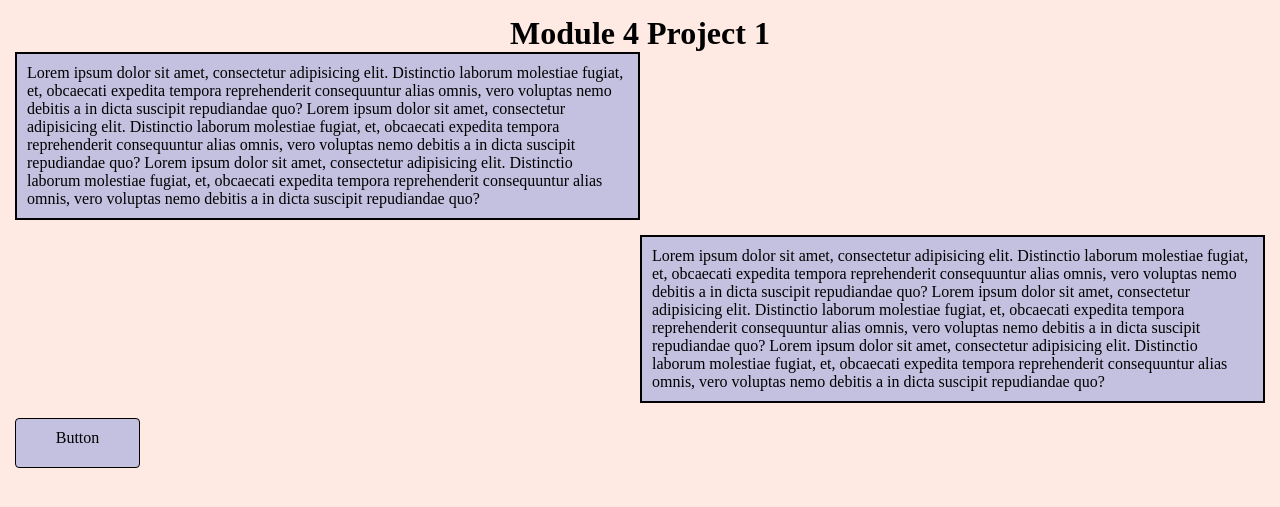
Repository: mlmEFSC21/P6-External-Style-Sheet
Page: index.html
These files come from the project's save history. The page is drawn as it stood at one moment and after the next save; the edit follows.
The browser window is 1280 px wide. The pictures show the whole page.

Above is the page before, as saved 2022-02-09 21:02:41.

### index.html
<!DOCTYPE html>
<html lang="en">
    <head>
        <meta charset="UTF-8" />
        <meta http-equiv="X-UA-Compatible" content="IE=edge" />
        <meta name="viewport" content="width=device-width, initial-scale=1.0" />
        <link rel="stylesheet" href="Styles.css" />
        <title>External Style Sheets</title>
    </head>
    <header><h1>Module 4 Project 1</h1></header>
    <body>
        <div class="floatContainer">
            <div>
                <p class="p1">
                    Lorem ipsum dolor sit amet, consectetur adipisicing elit. Distinctio laborum
                    molestiae fugiat, et, obcaecati expedita tempora reprehenderit consequuntur
                    alias omnis, vero voluptas nemo debitis a in dicta suscipit repudiandae quo?
                    Lorem ipsum dolor sit amet, consectetur adipisicing elit. Distinctio laborum
                    molestiae fugiat, et, obcaecati expedita tempora reprehenderit consequuntur
                    alias omnis, vero voluptas nemo debitis a in dicta suscipit repudiandae quo?
                    Lorem ipsum dolor sit amet, consectetur adipisicing elit. Distinctio laborum
                    molestiae fugiat, et, obcaecati expedita tempora reprehenderit consequuntur
                    alias omnis, vero voluptas nemo debitis a in dicta suscipit repudiandae quo?
                </p>
            </div>
            <div>
                <p class="p2">
                    Lorem ipsum dolor sit amet, consectetur adipisicing elit. Distinctio laborum
                    molestiae fugiat, et, obcaecati expedita tempora reprehenderit consequuntur
                    alias omnis, vero voluptas nemo debitis a in dicta suscipit repudiandae quo?
                    Lorem ipsum dolor sit amet, consectetur adipisicing elit. Distinctio laborum
                    molestiae fugiat, et, obcaecati expedita tempora reprehenderit consequuntur
                    alias omnis, vero voluptas nemo debitis a in dicta suscipit repudiandae quo?
                    Lorem ipsum dolor sit amet, consectetur adipisicing elit. Distinctio laborum
                    molestiae fugiat, et, obcaecati expedita tempora reprehenderit consequuntur
                    alias omnis, vero voluptas nemo debitis a in dicta suscipit repudiandae quo?
                </p>
            </div>
        </div>
        <div class="button">Button</div>
    </body>
</html>

### Styles.css
:root {
    /* --clr-font: black; */
    --clr-background: #ffe9e3;
    --clr-buttonBG: #c4c1e0;
    --clr-buttonHover: #7c73e6;
}
*,
*::before,
*::after {
    margin: 0;
    padding: 0;
    box-sizing: border-box;
}
header {
    text-align: center;
}
body {
    background-color: var(--clr-background);
    color: black;

    padding: 15px;
}
p {
    margin-bottom: 15px;
    padding: 10px;
    background-color: var(--clr-buttonBG);
}
.p1 {
    margin-right: 1px;
    border: 2.5px solid black;
    float: left;
    width: 50%;
}
.p2 {
    border: 2.5px solid black;
    float: right;
    width: 50%;
}
.button {
    border: 1px solid black;
    border-radius: 4px;
    padding: 10px;
    width: 125px;
    height: 50px;
    background-color: var(--clr-buttonBG);
    color: var(--clr-button);
    text-align: center;
    vertical-align: middle;
    clear: both;
}
.button:hover {
    background-color: var(--clr-buttonHover);
    color: white;
}

After the next save:
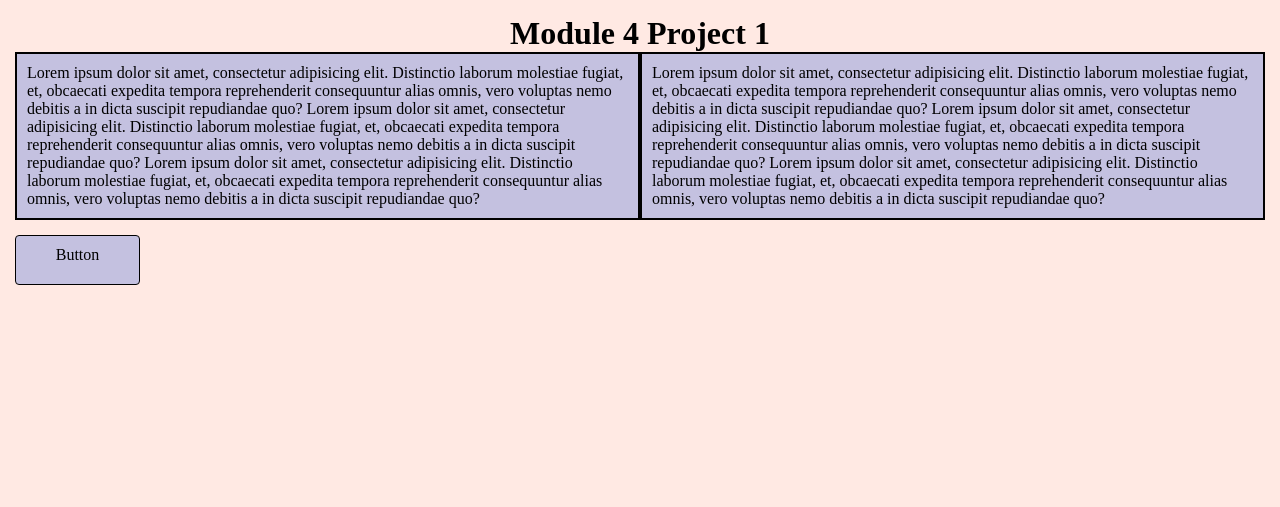
Saved 4 s later.
--- a/Styles.css
+++ b/Styles.css
@@ -26,7 +26,6 @@ p {
     background-color: var(--clr-buttonBG);
 }
 .p1 {
-    margin-right: 1px;
     border: 2.5px solid black;
     float: left;
     width: 50%;
